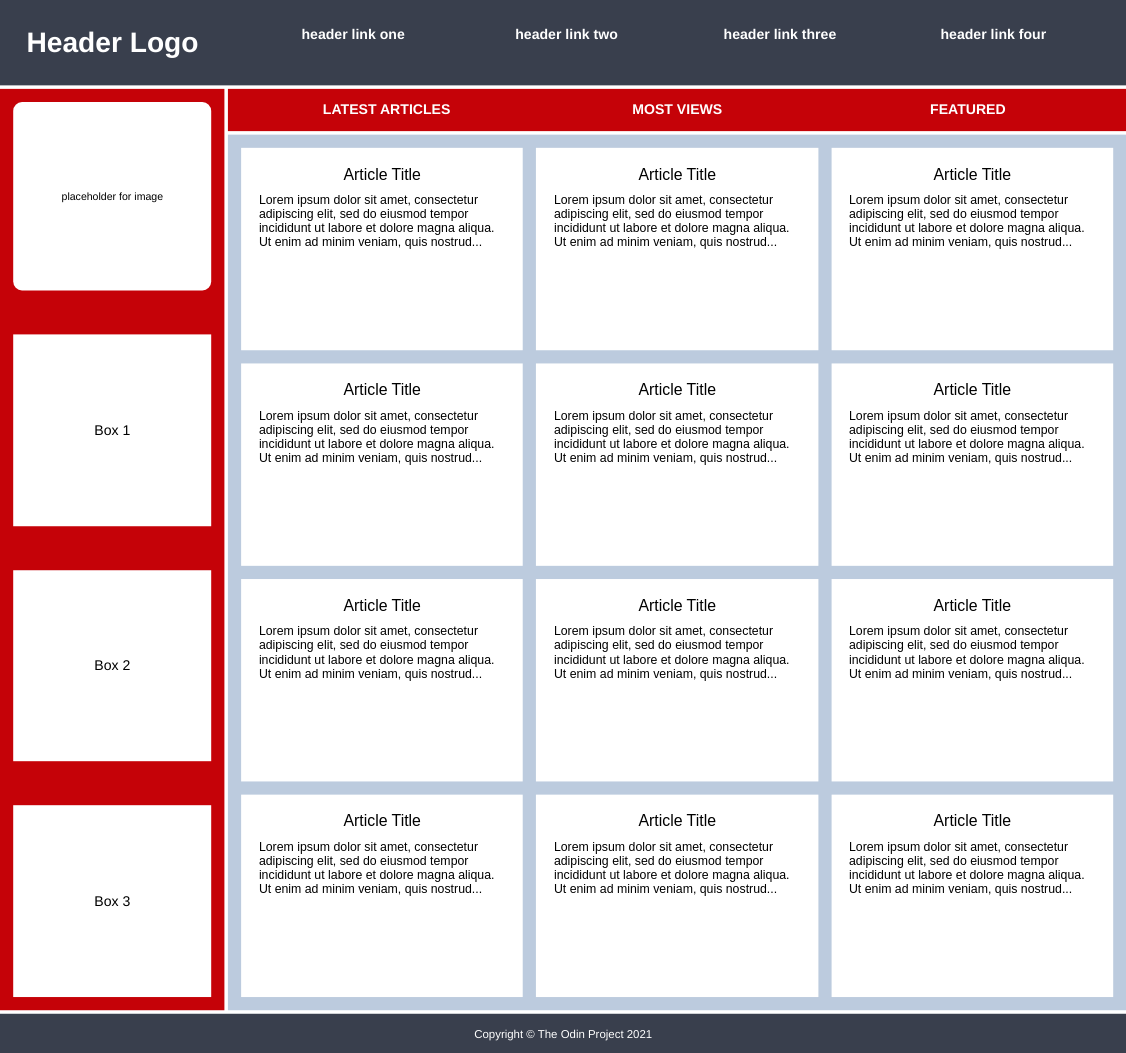
Repository: gkintu/css-exercises
Page: intermediate-html-css/advanced-grid/02-holy-grail-mockup/index.html
These files come from the project's save history. The page is drawn as it stood at one moment and after the next save; the edit follows.
The browser window is 1280 px wide. The pictures show the whole page, at 88% of full size.

Above is the page before, as saved 2025-03-04 11:27:46.

### intermediate-html-css/advanced-grid/02-holy-grail-mockup/index.html
<!DOCTYPE html>
<html lang="en">
  <head>
    <meta charset="UTF-8">
    <meta http-equiv="X-UA-Compatible" content="IE=edge">
    <meta name="viewport" content="width=device-width, initial-scale=1.0">
    <title>Holy Grail Mockup</title>
    <link rel="stylesheet" href="style.css">
  </head>
  <body>
    <div class="container">

      <div class="header">
        <div class="logo">Header Logo</div>
        <div class="menu">
          <ul>
            <li>header link one</li>
            <li>header link two</li>
            <li>header link three</li>
            <li>header link four</li>
          </ul>
        </div>
      </div>

      <div class="sidebar">
        <div class="photo">
          <p>placeholder for image</p>
        </div>
        <div class="side-content">Box 1
        </div>
        <div class="side-content">Box 2
        </div>
        <div class="side-content">Box 3
        </div>
      </div>

      <div class="nav">
        <ul>
          <li>Latest Articles</li>
          <li>Most Views</li>
          <li>Featured</li>
        </ul>
      </div>

      <div class="article">
        <div class="card">
          <p class="title">Article Title</p>
          <p>Lorem ipsum dolor sit amet, consectetur adipiscing elit, sed do eiusmod tempor incididunt ut labore et dolore magna aliqua. Ut enim ad minim veniam, quis nostrud...</p>
        </div>
        <div class="card">
          <p class="title">Article Title</p>
          <p>Lorem ipsum dolor sit amet, consectetur adipiscing elit, sed do eiusmod tempor incididunt ut labore et dolore magna aliqua. Ut enim ad minim veniam, quis nostrud...</p>
        </div>
        <div class="card">
          <p class="title">Article Title</p>
          <p>Lorem ipsum dolor sit amet, consectetur adipiscing elit, sed do eiusmod tempor incididunt ut labore et dolore magna aliqua. Ut enim ad minim veniam, quis nostrud...</p>
        </div>
        <div class="card">
          <p class="title">Article Title</p>
          <p>Lorem ipsum dolor sit amet, consectetur adipiscing elit, sed do eiusmod tempor incididunt ut labore et dolore magna aliqua. Ut enim ad minim veniam, quis nostrud...</p>
        </div>
        <div class="card">
          <p class="title">Article Title</p>
          <p>Lorem ipsum dolor sit amet, consectetur adipiscing elit, sed do eiusmod tempor incididunt ut labore et dolore magna aliqua. Ut enim ad minim veniam, quis nostrud...</p>
        </div>
        <div class="card">
          <p class="title">Article Title</p>
          <p>Lorem ipsum dolor sit amet, consectetur adipiscing elit, sed do eiusmod tempor incididunt ut labore et dolore magna aliqua. Ut enim ad minim veniam, quis nostrud...</p>
        </div>
        <div class="card">
          <p class="title">Article Title</p>
          <p>Lorem ipsum dolor sit amet, consectetur adipiscing elit, sed do eiusmod tempor incididunt ut labore et dolore magna aliqua. Ut enim ad minim veniam, quis nostrud...</p>
        </div>
        <div class="card">
          <p class="title">Article Title</p>
          <p>Lorem ipsum dolor sit amet, consectetur adipiscing elit, sed do eiusmod tempor incididunt ut labore et dolore magna aliqua. Ut enim ad minim veniam, quis nostrud...</p>
        </div>
        <div class="card">
          <p class="title">Article Title</p>
          <p>Lorem ipsum dolor sit amet, consectetur adipiscing elit, sed do eiusmod tempor incididunt ut labore et dolore magna aliqua. Ut enim ad minim veniam, quis nostrud...</p>
        </div>
        <div class="card">
          <p class="title">Article Title</p>
          <p>Lorem ipsum dolor sit amet, consectetur adipiscing elit, sed do eiusmod tempor incididunt ut labore et dolore magna aliqua. Ut enim ad minim veniam, quis nostrud...</p>
        </div>
        <div class="card">
          <p class="title">Article Title</p>
          <p>Lorem ipsum dolor sit amet, consectetur adipiscing elit, sed do eiusmod tempor incididunt ut labore et dolore magna aliqua. Ut enim ad minim veniam, quis nostrud...</p>
        </div>
        <div class="card">
          <p class="title">Article Title</p>
          <p>Lorem ipsum dolor sit amet, consectetur adipiscing elit, sed do eiusmod tempor incididunt ut labore et dolore magna aliqua. Ut enim ad minim veniam, quis nostrud...</p>
        </div>
      </div>

      <div class="footer">
        <p>Copyright © The Odin Project 2021</p>
      </div>

    </div>
  </body>
</html>

### intermediate-html-css/advanced-grid/02-holy-grail-mockup/style.css
* {
  margin: 0;
  padding: 0;
}

.container {
  display: grid;
  text-align: center;
  grid-template-columns: 1fr 4fr;
  gap: 4px;
}

.container div {
  padding: 15px;
  font-size: 32px;
  font-family: Helvetica;
  font-weight: bold;
  color: white;
}

.header {

  background-color: #393f4d;
  display: grid;
  grid-column: 1 / 3;
  grid-template-columns: 1fr 4fr;
  align-items: center;

}

.logo {
  justify-self: start;
}

.menu {
  grid-column: 2 / 3;
  align-self: start;
}

.menu ul {
  display: grid;
  list-style-type: none;
  grid-template-columns: repeat(4, 1fr);

}



.menu ul,
.menu li {
  font-size: 16px;
}

.sidebar {
  background-color: #C50208;
  display:grid;
  gap: 50px;

  grid-column: 1 / 2;
  grid-row: 2/4;
}

.photo,
.side-content {
  display:grid;
  align-items: center;
}

.sidebar .photo {
  background-color: white;
  color: black;
  font-size: 12px;
  font-weight: normal;
  border-radius: 10px;

}


.sidebar .side-content {
  background-color: white;
  color: black;
  font-size: 16px;
  font-weight: normal;
}

.nav {

  background-color: #C50208;
  grid-column: 2 / 3;
  grid-row: 2;
  align-self: start;
}

.nav ul {
  display:grid;
  grid-template-columns: repeat(3, 1fr);

}

.nav ul li {
  font-size: 16px;
  text-transform: uppercase;
  list-style-type: none;
}

.article {

  background-color: #bccbde;
  grid-column: 2 / 3;
  grid-row: 3;
  display:grid;
  grid-template-columns: repeat(auto-fit, minmax(250px, 1fr));
  gap: 15px;

}

.card {
  height: 200px;

}

.article p {
  font-size: 18px;
  font-family: sans-serif;
  color: white;
  text-align: left;
  padding:2px;
}

.article .card {
  background-color: #FFFFFF;
  color: black;
  text-align: center;
}

.card p {
  color: black;
  font-weight: normal;
  font-size: 14px;
  padding: 5px;
}

.card .title {
  font-size: 18px;
  text-align: center;
}

.footer {


  background-color: #393f4d;
  grid-column: 1 / 3;
  grid-row: 4;
}

.footer p {
  font-size: 13px;
  font-weight: normal;
}

After the next save:
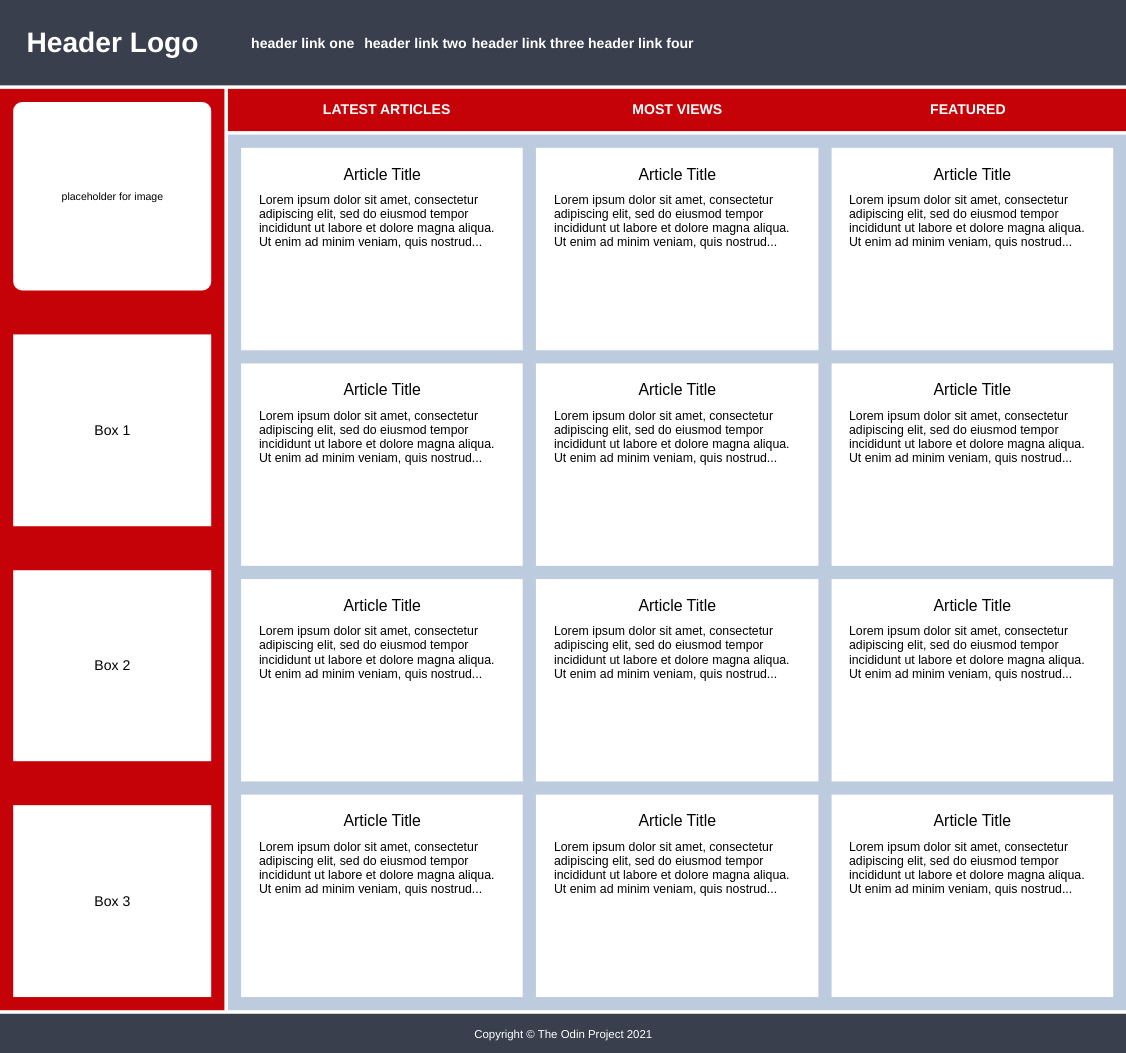
Saved 25 s later.
--- a/intermediate-html-css/advanced-grid/02-holy-grail-mockup/style.css
+++ b/intermediate-html-css/advanced-grid/02-holy-grail-mockup/style.css
@@ -34,7 +34,7 @@
 
 .menu {
   grid-column: 2 / 3;
-  align-self: start;
+  justify-self: start;
 }
 
 .menu ul {
